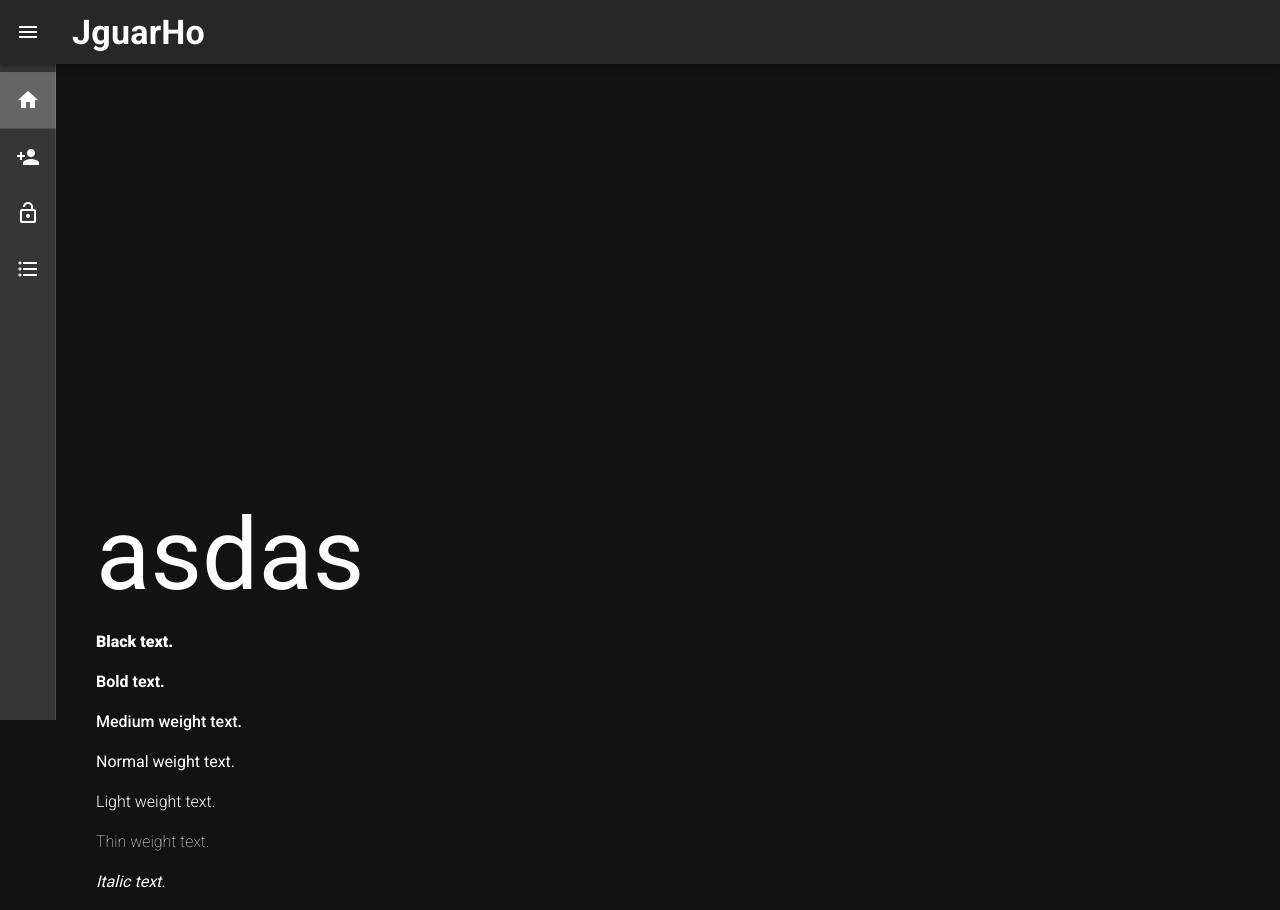
Repository: agent501/MRMS
Page: /
An editor plug-in stored every save of this project. The page is shown before and after the next save, followed by the edit.
The browser window is 1280 px wide. The pictures show the whole page.
The page's requests for data from a server got no answer. The project was rebuilt for these pictures with package versions that can differ from the ones it lists, and the page was loaded fresh each time. No one was signed in, and anything a server would have sent is missing. Also part of the build but not shown: vue.config.js, src/components/Product/products.vue, src/components/Product/product.vue, src/components/Product/createproduct.vue, src/components/User/signin.vue, src/components/User/signup.vue, src/components/User/profile.vue, src/components/Shared/Alert.vue and 2 more. Imported but missing from the stored project, and not drawn on this page: src/router/auth-guard.js.

Above is the page before, as saved 2020-07-29 16:51:34.

### src/main.js
import Vue from 'vue';
import App from './App.vue';
import router from './router';
import { store } from './store';
import alert from './components/Shared/Alert.vue';
import vuetify from './plugins/vuetify';
import { fb } from './components/firebase/firebase.js';
import * as firebase from 'firebase';
import editproductdiaglog from './components/Product/Edit/editproductdialog.vue';
import editprogressbar from './components/Product/Edit/editprogressbar.vue';

Vue.component('app-alert', alert);
Vue.component('app-edit-product', editproductdiaglog);
Vue.component('app-edit-progress', editprogressbar);

Vue.config.productionTip = false;

new Vue({
  router,
  store,
  vuetify,
  render: (h) => h(App),
  created() {
    fb;
    firebase.auth().onAuthStateChanged((user) => {
      if (user) {
        this.$store.dispatch('autosignin', user);
      }
    });
    this.$store.dispatch('loadProducts');
  },
}).$mount('#app');

### src/App.vue
<template>
  <v-app>
    <v-navigation-drawer v-model="drawer" :mini-variant.sync="mini" app clipped dense permanent>
      <v-list>
        <v-list-item to="/">
          <v-list-item-icon>
            <v-icon medium>home</v-icon>
          </v-list-item-icon>

          <v-list-item-content>
            <v-list-item-title>Home</v-list-item-title>
          </v-list-item-content>
        </v-list-item>

        <v-divider></v-divider>
        <v-list-item v-for="item in menuItems" :key="item.title" router :to="item.link">
          <v-list-item-icon>
            <v-icon medium>{{ item.icon }}</v-icon>
          </v-list-item-icon>

          <v-list-item-content>
            <v-list-item-title>{{ item.text }}</v-list-item-title>
          </v-list-item-content>
        </v-list-item>
        <v-list-item v-if="userIsAuthenticated || adminIsAuthenticated" @click="onLogout">
          <v-list-item-icon>
            <v-icon>exit_to_app</v-icon>
          </v-list-item-icon>
          <v-list-item-content>Logout</v-list-item-content>
        </v-list-item>
      </v-list>
    </v-navigation-drawer>

    <v-app-bar app clipped-left>
      <v-app-bar-nav-icon @click.stop="mini=!mini"></v-app-bar-nav-icon>
      <v-toolbar-title class="font-weight-bold display-1">
        <router-link to="/" tag="span" style="cursor:pointer">JguarHo</router-link>
      </v-toolbar-title>
    </v-app-bar>

    <!-- Page Content -->
    <v-content>
      <router-view></router-view>
    </v-content>

    <!-- <v-footer>
      <span>JguarHo &copy; Copyright Reserved</span>
    </v-footer>-->
  </v-app>
</template>

<script>
// import HelloWorld from './components/HelloWorld';

export default {
  name: 'App',

  components: {
    // HelloWorld,
  },
  props: {
    source: String
  },
  data: () => ({
    mini: true,
    drawer: true
    // items: [
    //   { icon: 'lock_open', text: 'Sign In', link: '/signin' },
    //   { icon: 'home', text: 'Home', link: '/' },
    //   { icon: 'list', text: 'All Products', link: '/products' },
    //   { icon: 'help_outline', text: 'About Us', link: '' }
    // ]
  }),
  computed: {
    menuItems() {
      let items = [
        { icon: 'person_add', text: 'Sign Up', link: '/signup' },
        { icon: 'lock_open', text: 'Sign In', link: '/signin' },

        {
          icon: 'format_list_bulleted',
          text: 'All Products',
          link: '/products'
        }
        // { icon: 'person', text: 'About Us', link: '' }
      ];
      if (this.adminIsAuthenticated) {
        items = [
          {
            icon: 'create_new_folder',
            text: 'Create Product',
            link: '/createproduct'
          },
          {
            icon: 'format_list_bulleted',
            text: 'All Products',
            link: '/products'
          },
          {
            icon: 'person',
            text: 'Profile',
            link: '/profile/' + this.adminIsAuthenticated.id
          }
        ];
      } else if (this.userIsAuthenticated) {
        items = [
          {
            icon: 'format_list_bulleted',
            text: 'All Products',
            link: '/products'
          },
          {
            icon: 'person',
            text: 'Profile',
            link: '/profile/' + this.userIsAuthenticated.id
          }
        ];
      }
      return items;
    },
    adminIsAuthenticated() {
      return (
        this.$store.getters.user !== null &&
        this.$store.getters.user !== undefined &&
        this.$store.getters.user.id === 'ktQMfIIbLQRTlySJDVzU9JbCF293' &&
        this.$store.getters.user
      );
    },
    userIsAuthenticated() {
      return (
        this.$store.getters.user !== null &&
        this.$store.getters.user !== undefined &&
        this.$store.getters.user
      );
    }
  },
  created() {
    this.$vuetify.theme.dark = true;
  },
  methods: {
    onLogout() {
      this.$store.dispatch('logout');
      this.$router.push('/');
    }
  }
};
</script>

### src/router/index.js
import Vue from 'vue';
import VueRouter from 'vue-router';
import home from '../components/Home.vue';
import products from '../components/Product/products.vue';
import product from '../components/Product/product.vue';
import createproduct from '../components/Product/createproduct.vue';
import signin from '../components/User/signin.vue';
import signup from '../components/User/signup.vue';
import profile from '../components/User/profile.vue';
import AuthGuard from '../router/auth-guard.js';

Vue.use(VueRouter);

export default new VueRouter({
  mode: 'history',
  routes: [
    { path: '/', name: 'home', component: home },
    { path: '/products', name: 'products', component: products },
    {
      path: '/createproduct',
      name: 'createproduct',
      component: createproduct,
      beforeEnter: AuthGuard,
    },
    { path: '/signin', name: 'signin', component: signin },
    { path: '/signup', name: 'signup', component: signup },
    {
      path: '/profile/:id',
      name: 'profile',
      component: profile,
      beforeEnter: AuthGuard,
    },
    {
      path: '/products/:id',
      name: 'product',
      props: true,
      component: product,
    },
  ],
});

### src/store/index.js
import Vue from 'vue';
import Vuex from 'vuex';

import product from './product';
import user from './user';
import shared from './shared';

Vue.use(Vuex);

export const store = new Vuex.Store({
  modules: {
    product: product,
    user: user,
    shared: shared,
  },
});

### src/plugins/vuetify.js
import Vue from 'vue';
import Vuetify from 'vuetify/lib';
import '@mdi/font/css/materialdesignicons.css'; //
import 'material-design-icons-iconfont/dist/material-design-icons.css';

Vue.use(Vuetify);

export default new Vuetify({
  icons: {
    iconfont: 'mdi',
  },
});

### src/components/firebase/firebase.js
import firebase from 'firebase/app';
import 'firebase/firestore';
import 'firebase/storage';

var firebaseConfig = {
  apiKey: 'AIzaSyBJdvJyA-ac-dO3JYy-4WKY7wIkma-Y1fI',
  authDomain: 'mrms-2ae69.firebaseapp.com',
  databaseURL: 'https://mrms-2ae69.firebaseio.com',
  projectId: 'mrms-2ae69',
  storageBucket: 'mrms-2ae69.appspot.com',
  messagingSenderId: '287673096935',
  appId: '1:287673096935:web:7f7f75dea0b5657353e042',
  measurementId: 'G-EKPLN37GXX',
};

export const fb = firebase.initializeApp(firebaseConfig);

### src/components/Home.vue
<template>
  <div class="mx-10" style="max-width:1800px">
    <v-layout>
      <v-flex xs12 class="text-xs-center" v-if="!loading">
        <v-progress-circular
          indeterminate
          class="primary--text"
          :width="7"
          :size="70"
          v-if="loading"
        ></v-progress-circular>
      </v-flex>
    </v-layout>

    <v-carousel
      cycle
      class="mt-4"
      height="400"
      hide-delimiters
      show-arrows-on-hover
      width="100%"
      style="cursor:pointer"
    >
      <v-carousel-item
        v-for="product in products"
        :key="product.id"
        @click="onLoadProduct(product.id)"
      >
        <div class="text-right">
          <span class="title">{{ product.name }}</span>
        </div>
        <img :src="product.featureimage" style="height: 100%; width: 100%; object-fit: contain" />
      </v-carousel-item>
    </v-carousel>

    <div>
      <div style="font-size:100px">asdas</div>
      <p class="font-weight-black">Black text.</p>
      <p class="font-weight-bold">Bold text.</p>
      <p class="font-weight-medium">Medium weight text.</p>
      <p class="font-weight-regular">Normal weight text.</p>
      <p class="font-weight-light">Light weight text.</p>
      <p class="font-weight-thin">Thin weight text.</p>
      <p class="font-italic">Italic text.</p>
    </div>
  </div>
</template>

<script>
export default {
  // data: () => ({
  //   images: [
  //     {
  //       src: 'https://cdn.vuetifyjs.com/images/carousel/squirrel.jpg',
  //       title: 'image1asdasdasdsadasdasdsadasdasd',
  //       id: 'asdad123'
  //     },
  //     {
  //       src: 'https://cdn.vuetifyjs.com/images/carousel/sky.jpg',
  //       title: 'image2',
  //       id: 'asdasd1223'
  //     },
  //     {
  //       src: 'https://cdn.vuetifyjs.com/images/carousel/bird.jpg',
  //       title: 'image3',
  //       id: 'asdad13223'
  //     },
  //     {
  //       src: 'https://cdn.vuetifyjs.com/images/carousel/planet.jpg',
  //       title: 'image4',
  //       id: 'asdaasd1123'
  //     }
  //   ]
  // }),
  computed: {
    products() {
      return this.$store.getters.featuredProducts;
    },
    loading() {
      return this.$store.getters.loading;
    },
  },
  methods: {
    onLoadProduct(id) {
      this.$router.push('/products/' + id);
    },
  },
};
</script>

<style scoped>
.title {
  background-color: rgba(235, 235, 235, 0.897);
  color: black;

  padding: 10px 30px;
}
</style>

### src/store/product/index.js
import * as firebase from 'firebase';

export default {
  state: {
    loadedProducts: [],
  },
  mutations: {
    createProduct(state, payload) {
      state.loadedProducts.push(payload);
    },
    setLoadedProducts(state, payload) {
      state.loadedProducts = payload;
    },
    updateProduct(state, payload) {
      const product = state.loadedProducts.find((product) => {
        return product.id === payload.id;
      });
      if (payload.name) {
        product.name = payload.name;
      }
      if (payload.description) {
        product.description = payload.description;
      }
      if (payload.earningperunit) {
        product.earningperunit = payload.earningperunit;
      }
      if (payload.investmentperunit) {
        product.investmentperunit = payload.investmentperunit;
      }
    },
    updateProgress(state, payload) {
      const product = state.loadedProducts.find((product) => {
        return product.id === payload.id;
      });
      if (payload.productprogressbar) {
        product.productprogressbar = payload.productprogressbar;
      }
    },
    deleteProduct(state, payload) {
      const registeredProducts = state.loadedProducts;
      registeredProducts.splice(
        registeredProducts.findIndex((product) => product.id === payload),
        1
      );
      // Reflect.deleteProperty(state.user.fbKeys,payload)
    },
  },
  actions: {
    loadProducts({ commit }) {
      commit('setLoading', true);
      firebase
        .database()
        .ref('products')
        .once('value')
        .then((data) => {
          const products = [];
          const obj = data.val();
          for (let key in obj) {
            products.push({
              id: key,
              name: obj[key].name,
              description: obj[key].description,
              investmentperunit: obj[key].investmentperunit,
              earningperunit: obj[key].earningperunit,
              creatorId: obj[key].creatorId,
              productimage: obj[key].productimage,
              productprogressbar: obj[key].productprogressbar,
              featureimage: obj[key].productimage[0],
            });
          }
          commit('setLoadedProducts', products);
          commit('setLoading', false);
        })
        .catch((error) => {
          console.log(error);
          commit('setLoading', true);
        });
    },
    deleteProduct({ commit }, payload) {
      const productId = payload;
      console.log(productId);
      firebase
        .database()
        .ref('products')
        .child(productId)
        .remove()
        .then(function () {
          // File deleted successfully

          console.log('success');
        })
        .catch(function (error) {
          // Uh-oh, an error occurred!
          console.log(error);
        });
      commit('deleteProduct', payload);
    },
    createProduct({ commit, getters }, payload) {
      const product = {
        name: payload.name,
        description: payload.description,
        investmentperunit: payload.investmentperunit,
        earningperunit: payload.earningperunit,
        productimage: payload.productimage,
        productprogressbar: payload.productprogressbar,
        creatorId: getters.user.id,
      };
      let key;
      firebase
        .database()
        .ref('products')
        .push(product)
        .then((data) => {
          //specific product id
          key = data.key;
          commit('createProduct', { ...product, id: key });
          // return key
        });
    },
    updateproductdata({ commit }, payload) {
      commit('loading', true);
      const updateObj = {};
      if (payload.name) {
        updateObj.name = payload.name;
      }
      if (payload.desscription) {
        updateObj.description = payload.desscription;
      }
      if (payload.earningperunit) {
        updateObj.earningperunit = payload.earningperunit;
      }
      if (payload.investmentperunit) {
        updateObj.investmentperunit = payload.investmentperunit;
      }
      firebase
        .database()
        .ref('products')
        .child(payload.id)
        .update(updateObj)
        .then(() => {
          commit('setLoading', false);
          commit('updateProduct', payload);
        })
        .catch((error) => {
          console.log(error);
          commit('setLoading', false);
        });
    },
    updateprogressdata({ commit }, payload) {
      commit('loading', true);
      const updateObj = {};
      if (payload.productprogressbar) {
        updateObj.productprogressbar = payload.productprogressbar;
      }

      firebase
        .database()
        .ref('products')
        .child(payload.id)
        .update(updateObj)
        .then(() => {
          commit('setLoading', false);
          commit('updateProgress', payload);
        })
        .catch((error) => {
          console.log(error);
          commit('setLoading', false);
        });
    },
  },
  getters: {
    loadedProducts(state) {
      return state.loadedProducts.sort((productA, productB) => {
        return productA.date > productB.date;
      });
    },
    featuredProducts(state, getters) {
      return getters.loadedProducts.slice(0, 5);
    },
    loadedProduct(state) {
      return (productId) => {
        return state.loadedProducts.find((product) => {
          return product.id === productId;
        });
      };
    },
  },
  modules: {},
};

### src/store/user/index.js
import * as firebase from 'firebase';

export default {
  state: {
    user: null,
    profile: [],
  },
  mutations: {
    setUser(state, payload) {
      state.user = payload;
    },
    setLoadedProfile(state, payload) {
      state.profile = payload;
    },
    updateProfile(state, payload) {
      const profile = state.profile;

      if (payload.name) {
        profile.name = payload.name;
      }
      if (payload.email) {
        profile.email = payload.email;
      }
      if (payload.icnumber) {
        profile.icnumber = payload.icnumber;
      }
      if (payload.phonenumber) {
        profile.phonenumber = payload.phonenumber;
      }
      if (payload.ssmimage) {
        profile.ssmimage = payload.ssmimage;
      }
    },
  },
  actions: {
    signUp({ commit }, payload) {
      // perform the mutation set loading because no matter user success sign up or not it will always display loading
      commit('setLoading', true);
      commit('clearError');
      firebase
        .auth()
        // passing the email and password fetch from the signup page and send to the firebasenpm
        .createUserWithEmailAndPassword(payload.email, payload.password)
        //if success, get the unique id from the firebase and set it on the format that is same as state
        .then((response) => {
          // set loading in the state back to false because is already succeed
          commit('setLoading', false);

          const newUser = {
            userid: response.user.uid,
            registeredProducts: [],
            fbKeys: {},
            email: payload.email,
            phonenumber: payload.phonenumber,
            icnumber: payload.icnumber,
            name: payload.name,
            ssmimage: payload.image,
          };
          let key;
          firebase
            .database()
            .ref('profiles')
            .push(newUser)
            .then((data) => {
              //specific product id
              key = data.userid;
              commit('createProfile', { ...newUser, id: key });
              // return key
            });

          commit('setUser', newUser);
        })
        // if got error
        .catch((error) => {
          // set loading in the state back to false because there's a error occur
          commit('setLoading', false);
          // perform the mutation of setError to display the error
          commit('setError', error);
          console.log(error);
        });
    },
    logIn({ commit }, payload) {
      // perform the mutation set loading because no matter user success sign in or not it will always display loading
      commit('setLoading', true);
      commit('clearError');
      firebase
        .auth()
        // sending the user email and password to the firebase for matchmaking in order to login
        .signInWithEmailAndPassword(payload.email, payload.password)
        .then((response) => {
          // set loading in the state back to false because is already succeed
          commit('setLoading', false);

          const newUser = {
            id: response.user.uid,
            registeredProducts: [],
            fbKeys: {},
          };

          firebase
            .database()
            .ref('profiles')
            .orderByChild('userid')
            .equalTo(newUser.id)
            .once('value')
            .then((data) => {
              const profile = [];
              const obj = data.val();
              for (let key in obj) {
                profile.push({
                  id: key,
                  name: obj[key].name,
                  email: obj[key].email,
                  icnumber: obj[key].icnumber,
                  phonenumber: obj[key].phonenumber,
                  userid: obj[key].userid,
                  ssmimage: obj[key].ssmimage,
                });
              }
              console.log(profile);
              commit('setLoadedProfile', profile);

              commit('setLoading', false);
            })
            .catch((error) => {
              console.log(error);
              commit('setLoading', true);
            });

          commit('setUser', newUser);
        }) // if got error
        .catch((error) => {
          // set loading in the state back to false because there's a error occur
          commit('setLoading', false);
          // perform the mutation of setError to display the error
          commit('setError', error);
          console.log(error);
        });
    },
    autosignin({ commit }, payload) {
      commit('setUser', { id: payload.uid, registeredProducts: [] });
    },
    logout({ commit }) {
      firebase.auth().signOut();
      commit('setUser', null);
    },
    updatePassword(payload) {
      var user = firebase.auth().currentUser;
      var updatepassword = payload.newpassword;
      var credential = firebase.auth.EmailAuthProvider.credential(
        payload.email,
        payload.currentpassword
      );

      user
        .reauthenticate(credential)
        .then(() => {
          user
            .updatePassword(updatepassword)
            .then(() => {
              this.dialog = true;
              console.log('update complete');
              if (this.dialog === false) {
                this.$router.push('/');
              }
            })
            .catch((error) => {
              console.log(error);
            });
        })
        .catch((error) => {
          console.log(error);
        });
    },
    updateProfileData({ commit }, payload) {
      commit('loading', true);
      const updateObj = {};
      if (payload.name) {
        updateObj.name = payload.name;
      }
      if (payload.email) {
        updateObj.email = payload.email;
      }
      if (payload.icnumber) {
        updateObj.icnumber = payload.icnumber;
      }
      if (payload.phonenumber) {
        updateObj.phonenumber = payload.phonenumber;
      }
      if (payload.ssmimage) {
        updateObj.ssmimage = payload.ssmimage;
      }
      firebase
        .database()
        .ref('profiles')
        .child(payload.id)
        .update(updateObj)
        .then(() => {
          commit('setLoading', false);
          commit('updateProfile', payload);
        })
        .catch((error) => {
          console.log(error);
          commit('setLoading', false);
        });
    },
  },
  getters: {
    user(state) {
      return state.user;
    },
  },
};

### src/store/shared/index.js
export default {
  state: {
    loading: false,
    error: null,
  },
  mutations: {
    setLoading(state, payload) {
      state.loading = payload;
    },
    // change the of status error in state
    setError(state, payload) {
      state.error = payload;
    },
    // change the status of error back to null
    clearError(state) {
      state.error = null;
    },
  },
  actions: {
    clearError({ commit }) {
      commit('clearError');
    },
  },
  getters: {
    error(state) {
      return state.error;
    },
    loading(state) {
      return state.loading;
    },
  },
};

Loaded but not shown: public/index.html (common file)

After the next save:
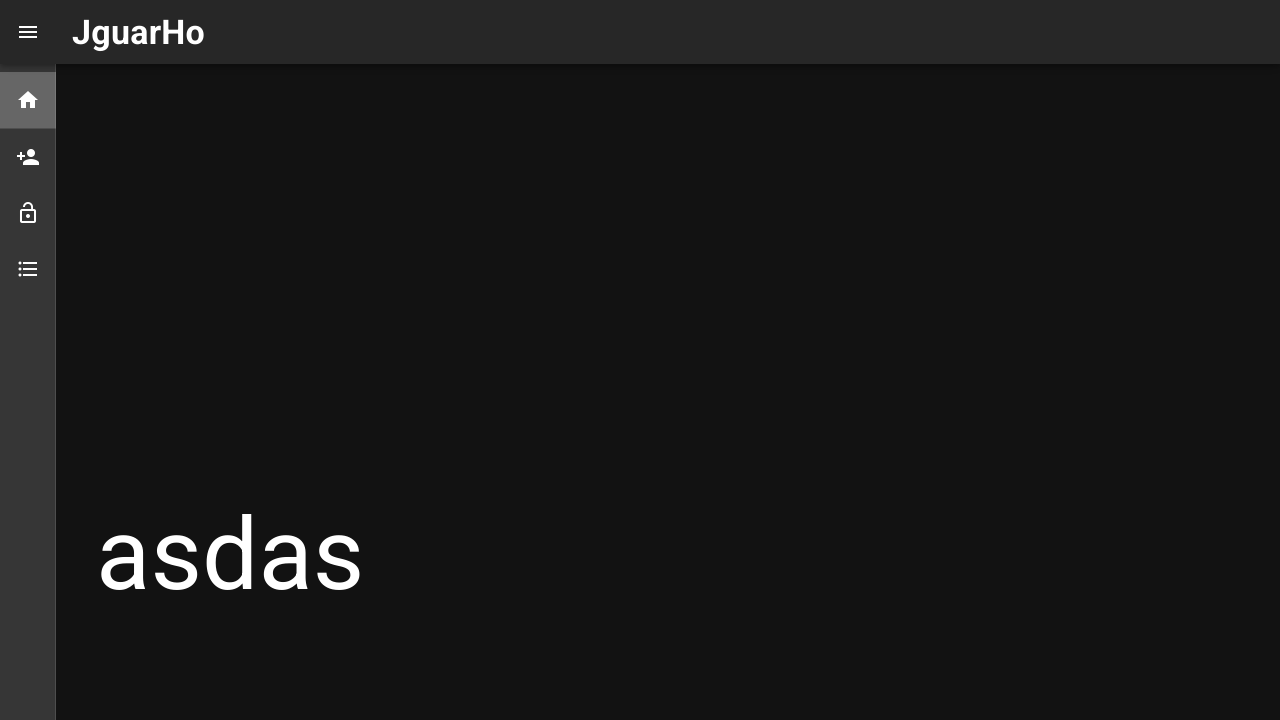
Saved 9 s later.
--- a/src/components/Home.vue
+++ b/src/components/Home.vue
@@ -35,13 +35,6 @@
 
     <div>
       <div style="font-size:100px">asdas</div>
-      <p class="font-weight-black">Black text.</p>
-      <p class="font-weight-bold">Bold text.</p>
-      <p class="font-weight-medium">Medium weight text.</p>
-      <p class="font-weight-regular">Normal weight text.</p>
-      <p class="font-weight-light">Light weight text.</p>
-      <p class="font-weight-thin">Thin weight text.</p>
-      <p class="font-italic">Italic text.</p>
     </div>
   </div>
 </template>
